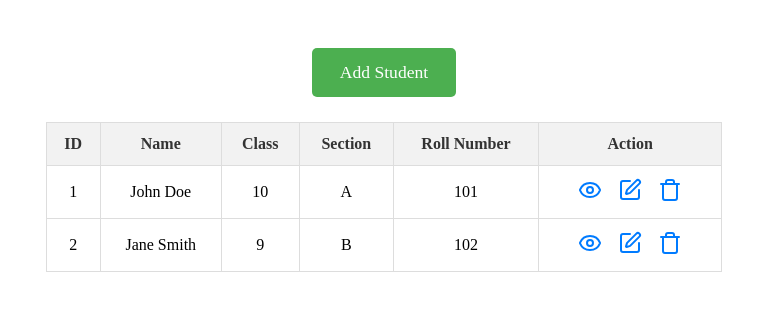
Repository: sharmisthak16/Student-Assignment
Page: /StudentTable (app in my-project/)
The author's editor kept a copy of each file at every save. The page is drawn from the files as they stood at one save, then again after the next save.
The browser window is 768 px wide. The pictures show the whole page.
The project was rebuilt for these pictures with package versions that can differ from the ones it lists, and the page was loaded fresh each time. Also part of the build but not shown: my-project/vite.config.js, my-project/src/components/firebase.js, my-project/src/config.js, my-project/src/components/LoginForm.css, my-project/src/components/LoginForm.jsx, my-project/src/components/Dashboard.css, my-project/src/components/Dashboard.jsx, my-project/src/components/HomeButtons.css and 6 more.

Above is the page before, as saved 2025-01-31 06:03:24.

After the next save:
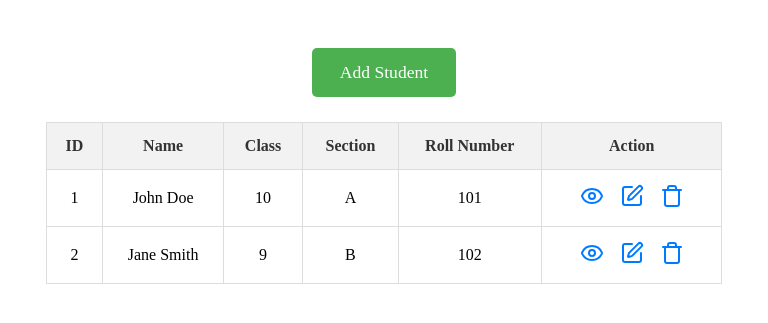
Saved 6 s later.
--- a/my-project/src/components/StudentTable.css
+++ b/my-project/src/components/StudentTable.css
@@ -88,8 +88,7 @@
 
 @media (max-width: 768px) {
   .student-table th,
-  .student-table td {
-    padding: 12px; /* Adjust padding for small screens */
+  .student-table td {/* Adjust padding for small screens */
     font-size: 1rem; /* Adjust font size for smaller screens */
   }
 

After the 6 saves that followed:
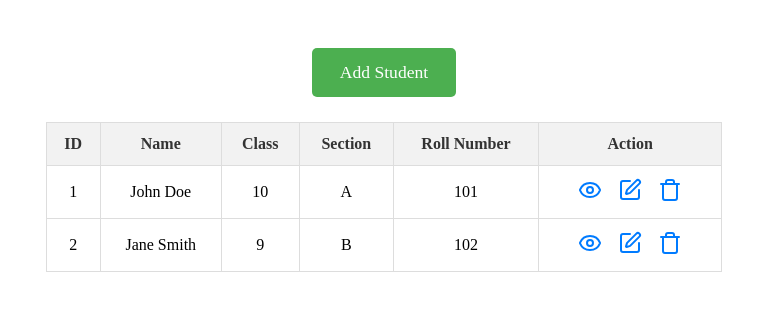
The 6 saves are shown as one change because they came seconds apart.
The last was saved 13 s later.
--- a/my-project/src/components/StudentTable.css
+++ b/my-project/src/components/StudentTable.css
@@ -82,13 +82,14 @@
 
   .add-student-btn {
     padding: 14px 28px;
-    font-size: 1.1rem;
+    font-size: 1.1rem; /* Slightly smaller font size */
   }
 }
 
 @media (max-width: 768px) {
   .student-table th,
-  .student-table td {/* Adjust padding for small screens */
+  .student-table td {
+    padding: 12px; /* Adjust padding for small screens */
     font-size: 1rem; /* Adjust font size for smaller screens */
   }
 
